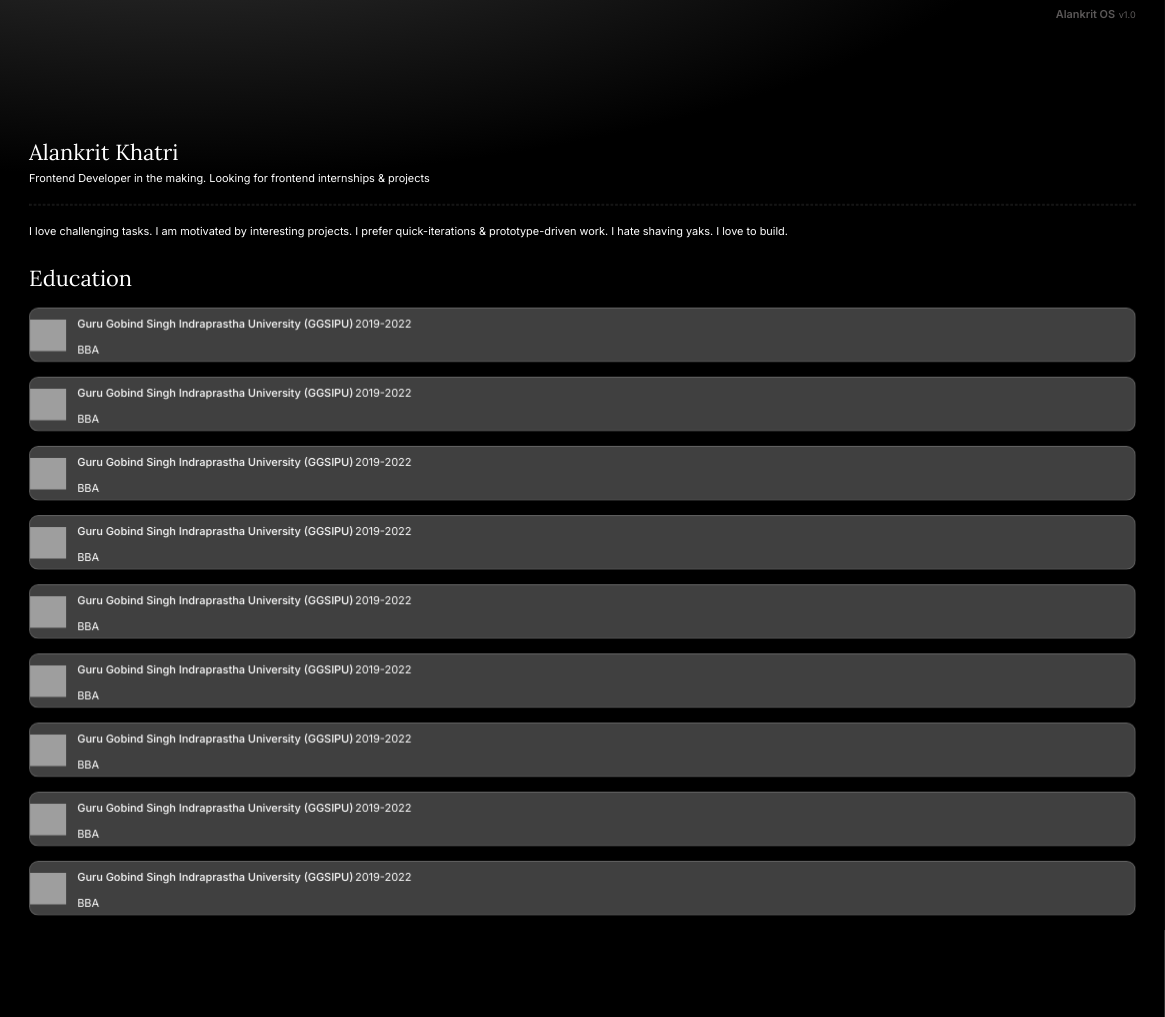
Repository: alankritkhatri/alankrit.xyz
Page: /
An editor plug-in stored every save of this project. The page is shown before and after a run of saves, followed by the edit.
The browser window is 1280 px wide. The pictures show the whole page, at 91% of full size.
Pictures or frames that could not be fetched are drawn as grey boxes. The project was rebuilt for these pictures with package versions that can differ from the ones it lists, and the page was loaded fresh each time. Also part of the build but not shown: vite.config.js, src/blog.jsx.

Above is the page before, as saved 2024-08-11 21:09:03.

### index.html
<!DOCTYPE html>
<html lang="en">
  <head>
    <meta charset="UTF-8" />

    <link rel="icon" type="image/svg+xml" href="/vite.svg" />
    <link rel="preconnect" href="https://fonts.googleapis.com" />
    <link rel="preconnect" href="https://fonts.gstatic.com" crossorigin />
    <link
      href="https://fonts.googleapis.com/css2?family=Inter:wght@100..900&display=swap"
      rel="stylesheet"
    />

    <link
      href="https://fonts.googleapis.com/css2?family=Lora:ital,wght@0,400..700;1,400..700&display=swap"
      rel="stylesheet"
    />
    <!-- Linkedin link -->
    <script
      src="https://platform.linkedin.com/badges/js/profile.js"
      async
      defer
      type="text/javascript"
    ></script>
<meta name="viewport" content="width=device-width, initial-scale=1.0">
    <title>AlankritOS</title>
  </head>
  <body>
    <div id="root"></div>
    <script type="module" src="/src/main.jsx"></script>
  </body>
</html>

### src/App.jsx
import "./App.css";
import { BrowserRouter as Router, Routes, Route, Link } from "react-router-dom";
import Blog from "./blog";
import Home from "./pages/Home/Home";
const App = () => {
  return (
    <div className="main">
      <Router>
        <Link to="/">
          <div className="logo">
            <h1>Alankrit OS</h1>
            <span>v1.0</span>
          </div>
        </Link>
        <Routes>
          <Route path="/" element={<Home />} />
          <Route path="blog" element={<Blog />} />
        </Routes>
      </Router>
    </div>
  );
};

export default App;

### src/App.css
* {
  margin: 0px;
  padding: 0px;
  box-sizing: border-box;
  font-family: Inter, Haettenschweiler, "Arial Narrow Bold", sans-serif;
}

body,html{
  min-height: 100vh;
background: radial-gradient(1000px 400px at 200px -20%, #404040, #000000)
}
.main {



  h1 {
    line-height: 32px;
  }
  h2 {
    line-height: 24px;
  }
  h3 {
    line-height: 16px;
  }
  p {
    line-height: 24px;
  }
  color: white;

  padding: 0px 32px;
  a {
    text-decoration: none;
  }
  .logo {
    color: rgba(126, 121, 121, 0.726);
    display: flex;
    align-items: center;
    justify-content: flex-end;
    gap: 4px;

    font-family: monospace;
    animation: flicker 2s infinite;
    h1 {
      font-size: 12px;
      font-weight: 600;
    }
    span {
      font-size: 10px;
      font-weight: 400;
    }
  }
}
/* logo flickr animation */
@keyframes flicker {
  0% {
    opacity: 0;
  }
  9% {
    opacity: 0;
  }
  10% {
    opacity: 0.5;
  }
  13% {
    opacity: 0;
  }
  20% {
    opacity: 0.5;
  }
  25% {
    opacity: 1;
  }
}

### src/pages/Home/Home.jsx
import Infosection from "../../components/Info-Section/Infosection.jsx";
import "./Home.css";
import data from "../../alankrit_data/data.json";
const Home = () => {
  return (
    <div className="home">
      <div
        className="badge-base LI-profile-badge"
        data-locale="en_US"
        data-size="medium"
        data-theme="dark"
        data-type="VERTICAL"
        data-vanity="alankrit-khatri"
        data-version="v1"
      >
        {" "}
        </div>

      <div className="about-section">
        <h1 className="name">Alankrit Khatri</h1>
        <p>
          Frontend Developer in the making. Looking for frontend internships &
          projects
        </p>
        <div className="dashed-line"></div>
        <p>
          I love challenging tasks. I am motivated by interesting projects. I
          prefer quick-iterations & prototype-driven work. I hate shaving yaks.
          I love to build.
        </p>
      </div>
      <div className="education-section">
        <h1>Education</h1>
        <Infosection {...data} />
        <Infosection {...data} />
        <Infosection {...data} />
        <Infosection {...data} />
        <Infosection {...data} />
        <Infosection {...data} />
        <Infosection {...data} />
        <Infosection {...data} />
        <Infosection {...data} />



        {console.log(data)}
      </div>
    </div>
  );
};

export default Home;

### src/components/Info-Section/Infosection.jsx
import "./infoSection.css";
const Infosection = (props) => {
  return (
    <>
      <div className="infosection-details">
        <img
          src={props[0].educationDetails.bachelors.logo}
          alt=""
          style={{ width: "40px", height: "35px" }}
        />
        <div className=" infosection-info">
          <div className="infosection-info-top ">
            <h2 style={{ opacity: "1", fontWeight: "500" }}>
              {props[0].educationDetails.bachelors.schoolName}
            </h2>
            <div className="dashed-line"></div>
            <h2> {props[0].educationDetails.bachelors.schoolYears} </h2>
          </div>

          <div className="infosection-info-bottom">
            <h2> {props[0].educationDetails.bachelors.course}</h2>
          </div>
        </div>
      </div>
    </>
  );
};

export default Infosection;

### src/pages/Home/Home.css
.home {
  margin: 96px 0px;
  display: flex;
  flex-direction: column;
  gap: 24px;
  /* dashed line  */
  .dashed-line {
    margin: 16px 0px;
    opacity: 0.1;
    border-width: 1px;
    border-style: dashed;
    color: rgb(255 255 255);
  }
  .hide {
    display: none;
  }
  h1 {
    font-family: "Lora", serif;
    font-size: 24px;
    font-weight: 400;
  }
  h2 {
    font-size: 12px;
    font-style: normal;
    font-weight: 400;
  }
  h3 {
    font-size: 10px;
    font-style: normal;
    font-weight: 300;
  }
  p {
    font-size: 12px;
  }
  .about-section {
    display: flex;
    flex-direction: column;
    .name {
      line-height: 32px;
    }
  }
}

### src/alankrit_data/data.json
[
  {
    "educationDetails": {
      "className": "education-details",
      "bachelors": {
        "schoolName": "Guru Gobind Singh Indraprastha University (GGSIPU)",
        "schoolYears": "2019-2022",
        "course": "BBA",
        "logo": "https://encrypted-tbn0.gstatic.com/images?q=tbn:ANd9GcRM9GNTFenU_T9caTwA63o86iaVHMnf9eeEPw&s"
      },
      "masters": {
        "schoolName": "Guru Gobind Singh Indraprastha University (GGSIPU)",
        "schoolYears": "2019-2022",
        "logo": "https://encrypted-tbn0.gstatic.com/images?q=tbn:ANd9GcRM9GNTFenU_T9caTwA63o86iaVHMnf9eeEPw&s"
      }
    }
  }
]

### src/components/Info-Section/infoSection.css
.infosection-details {
  background: rgba(255, 255, 255, 0.25);
  -webkit-backdrop-filter: blur(4px);
  border-radius: 10px;
  border: 1px solid rgba(255, 255, 255, 0.18);
  backdrop-filter: blur(10px);
  backdrop-filter: saturate(180%) blur(10px);
  display: flex;
  align-items: center;
  gap: 12px;
  margin: 16px 0px;

  .infosection {
    width: 100%;
    min-width: 80%;
    * {
      line-height: 16px;
    }
    h3 {
      letter-spacing: -0.26px;
      opacity: 0.5;
    }
    h2 {
      opacity: 0.5;
    }
  }
  .infosection-info-top {
    display: flex;
    justify-content: space-between;
    align-items: center;
  }
}

Loaded but not shown: src/main.jsx (common file)

After the next 6 saves:
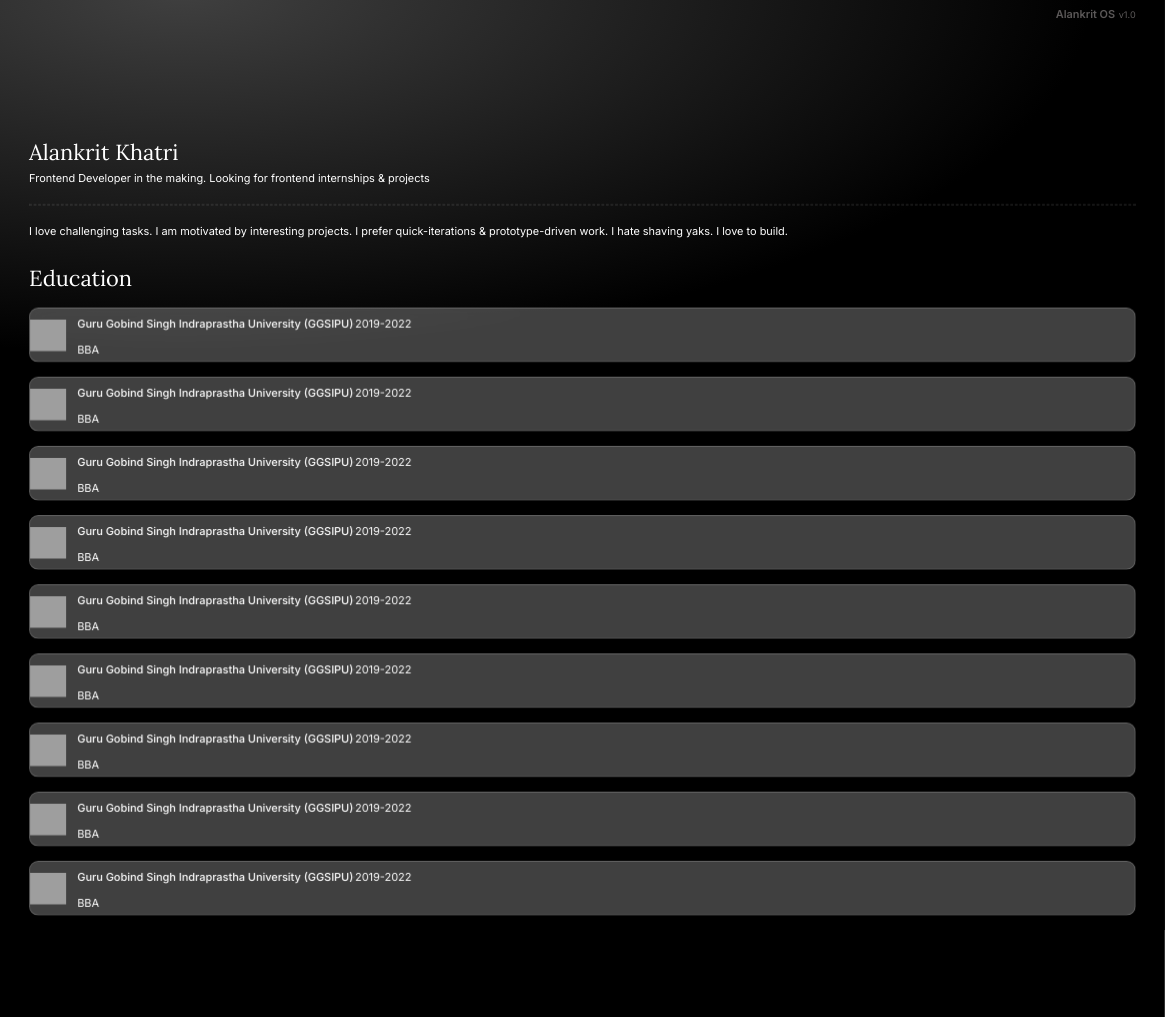
The 6 saves are shown as one change because they came seconds apart.
The last was saved 18 s later.
--- a/src/App.css
+++ b/src/App.css
@@ -7,7 +7,7 @@
 
 body,html{
   min-height: 100vh;
-background: radial-gradient(1000px 400px at 200px -20%, #404040, #000000)
+background: radial-gradient(1000px 400px at 200px -10px, #404040, #000000)
 }
 .main {
 
